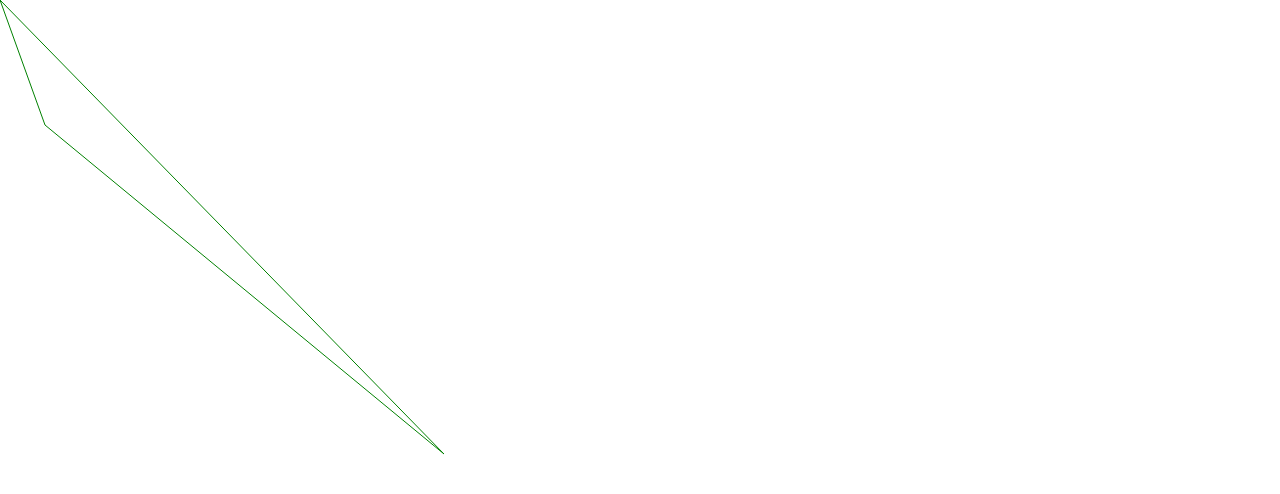
Repository: Lixianlai-2/Canvas-demo
Page: index.html
An editor plug-in stored every save of this project. The page is shown before and after the next save, followed by the edit.
The browser window is 1280 px wide. The pictures show the whole page.

Above is the page before, as saved 2021-12-19 19:24:07.

After the next save:
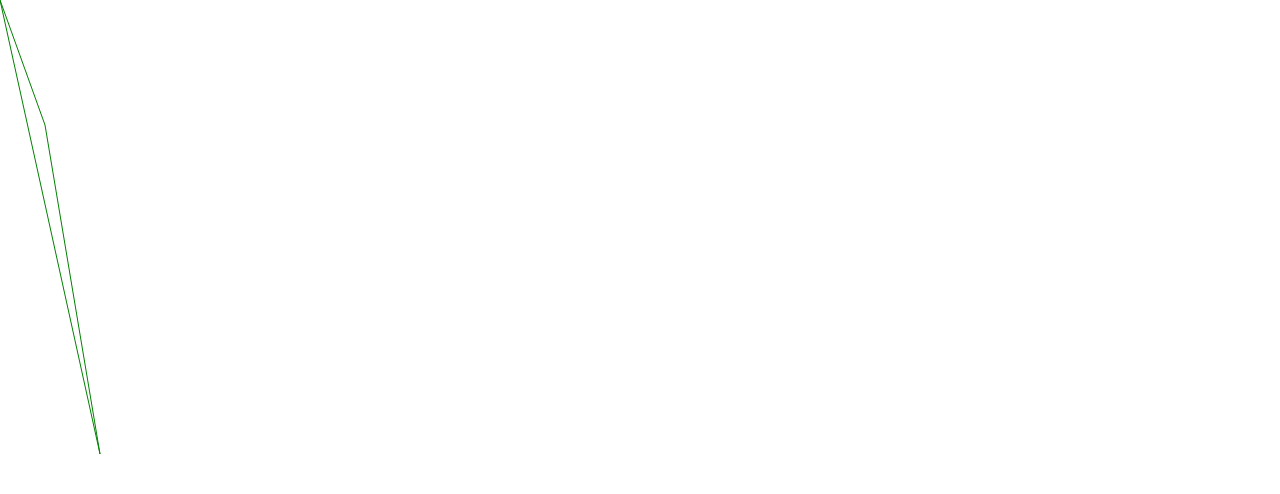
Saved 17 s later.
--- a/main.js
+++ b/main.js
@@ -15,7 +15,7 @@ ctx.beginPath();
 ctx.moveTo(0, 0);
 
 // 终点位置
-ctx.lineTo(444, 454);
+ctx.lineTo(100, 454);
 
 // 第三个点的位置
 ctx.lineTo(45, 125);
